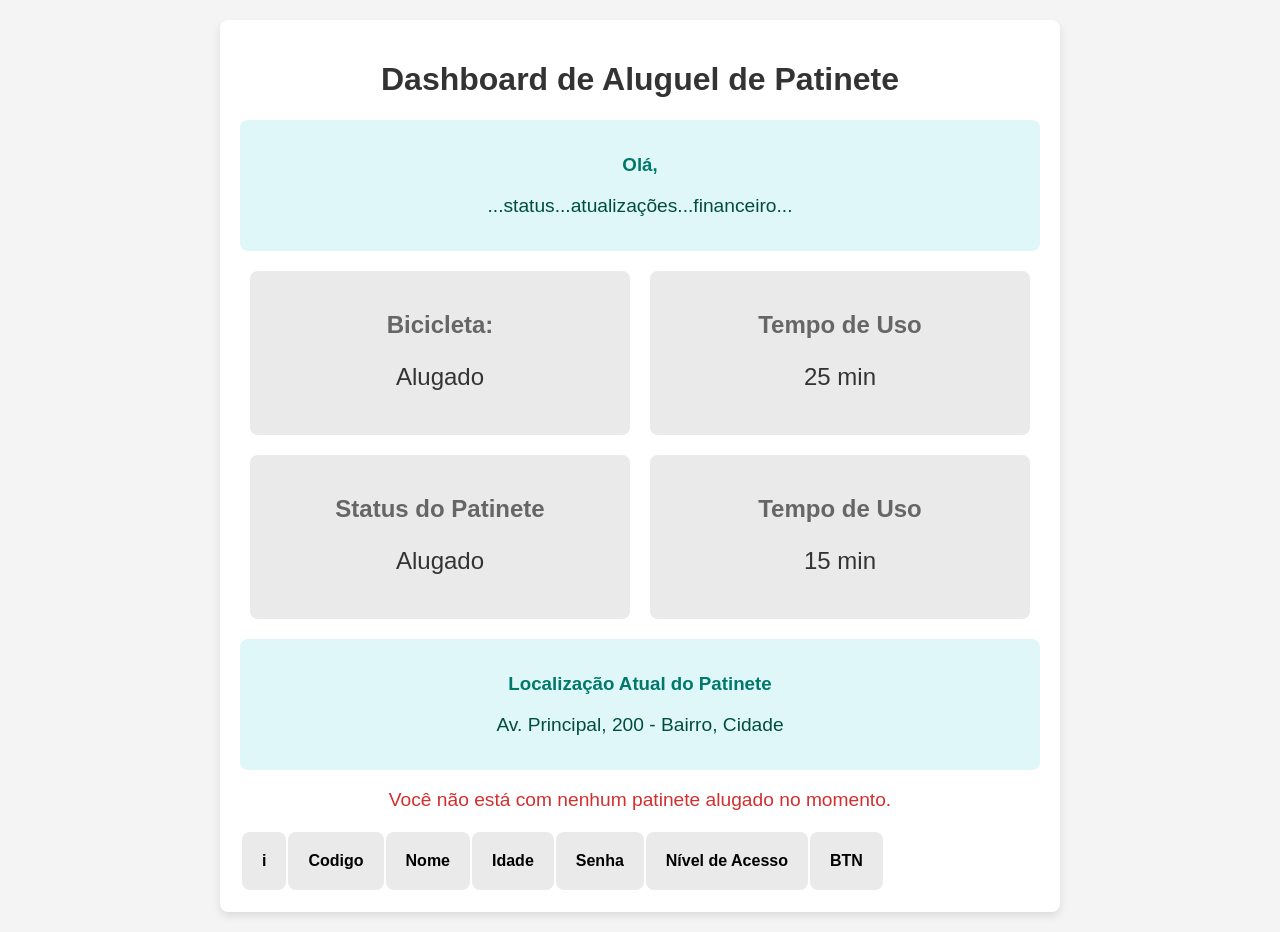
Repository: amorimgg7/trabalho_extensao_3
Page: http://localhost/dashboard
These files come from the project's save history. The page is drawn as it stood at one moment and after the next save; the edit follows.
The browser window is 1280 px wide. The pictures show the whole page.
The page is this project's Thymeleaf template; nobody is signed in. The template is opened directly, without the code that normally fills it, so the values that code supplies are empty.

Above is the page before, as saved 2024-11-04 22:57:42.
Console error: SyntaxError: Unexpected token ';'

### Aula20241003SN-1/src/main/resources/templates/dashboard.html
<!DOCTYPE html>
<html lang="pt-BR">
<head>
    <meta charset="UTF-8">
    <meta name="viewport" content="width=device-width, initial-scale=1.0">
	<!--<script>location.href="localhost:8080/dashboard";</script>-->
    <title>Dashboard de Aluguel de Patinete</title>
    <style>
        body {
            font-family: Arial, sans-serif;
            background-color: #f4f4f4;
            margin: 0;
            padding: 20px;
        }
        .dashboard-container {
            max-width: 800px;
            margin: 0 auto;
            background-color: #fff;
            border-radius: 8px;
            padding: 20px;
            box-shadow: 0 4px 8px rgba(0, 0, 0, 0.1);
        }
        h1 {
            text-align: center;
            color: #333;
        }
        .status-info {
            display: flex;
            justify-content: space-between;
            margin: 20px 0;
        }
        .status-card {
            flex: 1;
            background-color: #eaeaea;
            padding: 20px;
            border-radius: 8px;
            text-align: center;
            margin: 0 10px;
        }
        .status-card h2 {
            color: #666;
        }
        .status-card p {
            font-size: 1.5rem;
            color: #333;
        }

        .gps-info {
            margin-top: 20px;
            background-color: #e0f7fa;
            padding: 15px;
            border-radius: 8px;
            text-align: center;
        }
        .gps-info h3 {
            color: #00796b;
        }
        .gps-info p {
            color: #004d40;
            font-size: 1.2rem;
        }
        .not-alugado {
            text-align: center;
            font-size: 1.2rem;
            color: #d32f2f;
        }
    </style>

	<script>
				        window.onload = function() {
				            // Obtém o valor do código da sessão
							const codigoPessoa = [[${session.codigoPessoa}]] ; // Use a sintaxe correta do Thymeleaf para obter o valor
							const codigoBicicleta = [[${session.codigoBicicleta}]] ;
							const codigoAluguel = [[${session.codigoAluguel}]] ;
							const codigoCarteira = [[${session.codigoCarteira}]] ;

							console.log("Pessoa: "+[[${session.codigoPessoa}]]);
							console.log("Bicicleta: "+[[${session.codigoBicicleta}]]);
							console.log("Aluguel: "+[[${session.codigoAluguel}]]);
							console.log("Carteira: "+[[${session.codigoCarteira}]]);
				            // Verifica se o código é maior que 0 ou não nulo
				            if (codigoPessoa == null || codigoPessoa == "null") {
				                // Redireciona para a página de dashboard
				                window.location.href = 'http://localhost:8081/'; // Altere o caminho conforme necessário
				            }

							if (codigoBicicleta == null || codigoBicicleta < 1) {
										document.getElementById("statusBicicleta").style.display = "none";
										console.log("Sem Bike");
									}else{
										console.log("Com Bike");
										document.getElementById("statusBicicleta").style.display = "block";
									}

				        }
				    </script>
</head>
<body>
    <div class="dashboard-container">
        <h1>Dashboard de Aluguel de Patinete</h1>

		<div class="gps-info">
			<h3>Olá, <span th:text="${session.nome} ">, aproveite nossos serviços</h3>
		    <p>...status...atualizações...financeiro...</p>
		</div>


        <div class="status-info" id="statusBicicleta">
            <div class="status-card">
                <h2>Bicicleta: <p th:text="${session.codigoBicicleta}"></p></h2>
                <p>Alugado</p>
            </div>
            <div class="status-card">
                <h2>Tempo de Uso</h2>
                <p id="tempo-uso">15 min</p>
            </div>
        </div>

		<div class="status-info">
			<div class="status-card">
				<h2>Status do Patinete</h2>
				<p>Alugado</p>
			</div>
		<div class="status-card">
			<h2>Tempo de Uso</h2>
			<p id="tempo-uso">15 min</p>
			</div>
		</div>


        <div class="gps-info">
            <h3>Localização Atual do Patinete</h3>
            <p id="gps-local">Rua Exemplo, 123 - Centro, Cidade</p>
        </div>

        <!-- Se o usuário não estiver com patinete alugado -->

        <div class="not-alugado">
            <p>Você não está com nenhum patinete alugado no momento.</p>
        </div>


		<table>
			<tr>
				<th class="status-card">i</th>
				<th class="status-card">Codigo</th>
				<th class="status-card">Nome</th>
				<th class="status-card">Idade</th>
				<th class="status-card">Senha</th>
				<th class="status-card">Nível de Acesso</th>
				<th class="status-card">BTN</th>
			</tr>
			<tr th:each="pessoa, stat : ${pessoas}">
				<td class="gps-info" th:text="${stat.index}"></td>
				<td class="gps-info" th:text="${pessoa.codigo}"></td>
				<td class="gps-info" th:text="${pessoa.nome}"></td>
				<td class="gps-info" th:text="${pessoa.idade}"></td>
				<td class="gps-info" th:text="${pessoa.senha}"></td>
				<td class="gps-info" th:text="${pessoa.nivelAcesso}"></td>
				<td class="gps-info" ><a th:href="@{/dashboard/{cod}(cod=${pessoa.codigo})}">Selecionar 1</a></td>
				<form method="post">
				<td class="gps-info">
					<input type="tel" name="nomePessoa" id="nomePessoa" th:value="${pessoa.nome}"/>
					<input type="tel" name="senhaPessoa" id="senhaPessoa" th:value="${pessoa.senha}"/>
					<input type="submit" value="Selecionar 2"/>
				</td>
				</form>
			</tr>



		</table>
    </div>

    <script>
        // Exemplo de simulação de dados dinâmicos
        const tempoUso = document.getElementById("tempo-uso");
        const gpsLocal = document.getElementById("gps-local");

        // Atualizando os dados (poderia ser via AJAX, fetch etc.)
        tempoUso.innerText = "25 min";
        gpsLocal.innerText = "Av. Principal, 200 - Bairro, Cidade";



    </script>
</body>
</html>

After the next save:
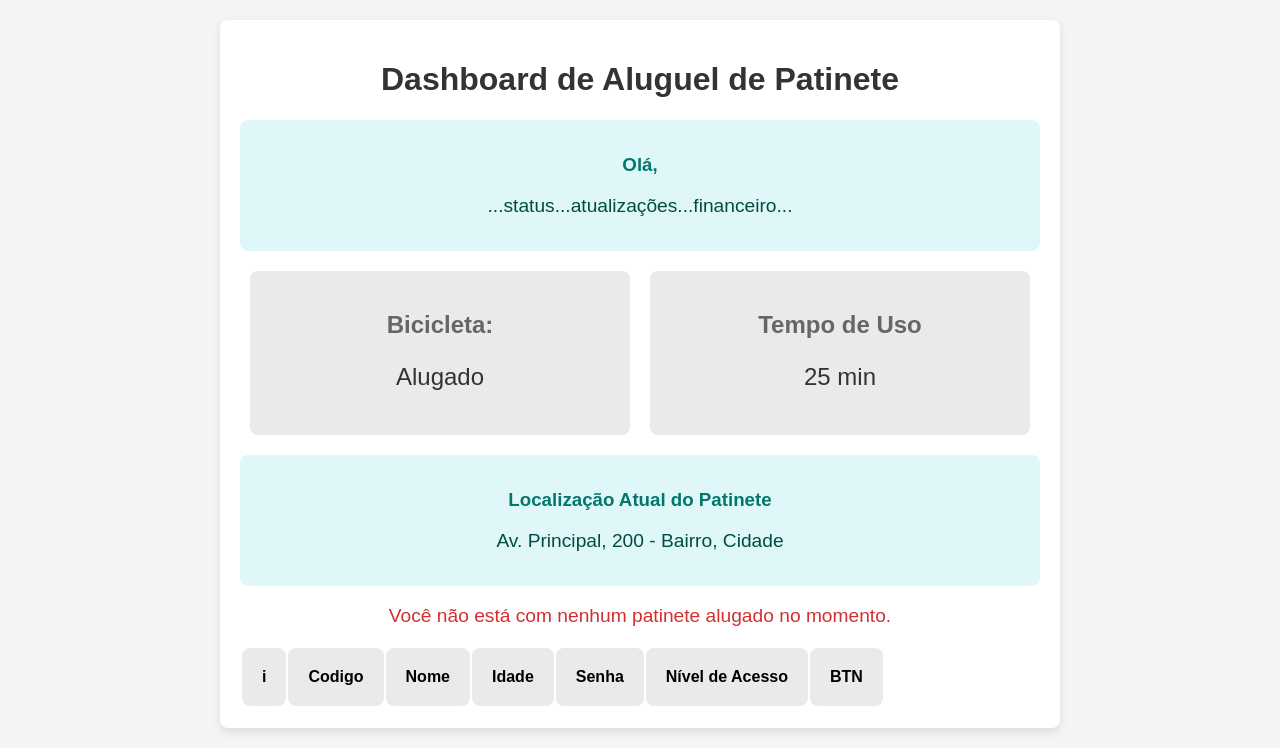
Saved 28 s later.
--- a/Aula20241003SN-1/src/main/resources/templates/dashboard.html
+++ b/Aula20241003SN-1/src/main/resources/templates/dashboard.html
@@ -116,18 +116,6 @@
             </div>
         </div>
 
-		<div class="status-info">
-			<div class="status-card">
-				<h2>Status do Patinete</h2>
-				<p>Alugado</p>
-			</div>
-		<div class="status-card">
-			<h2>Tempo de Uso</h2>
-			<p id="tempo-uso">15 min</p>
-			</div>
-		</div>
-
-
         <div class="gps-info">
             <h3>Localização Atual do Patinete</h3>
             <p id="gps-local">Rua Exemplo, 123 - Centro, Cidade</p>
